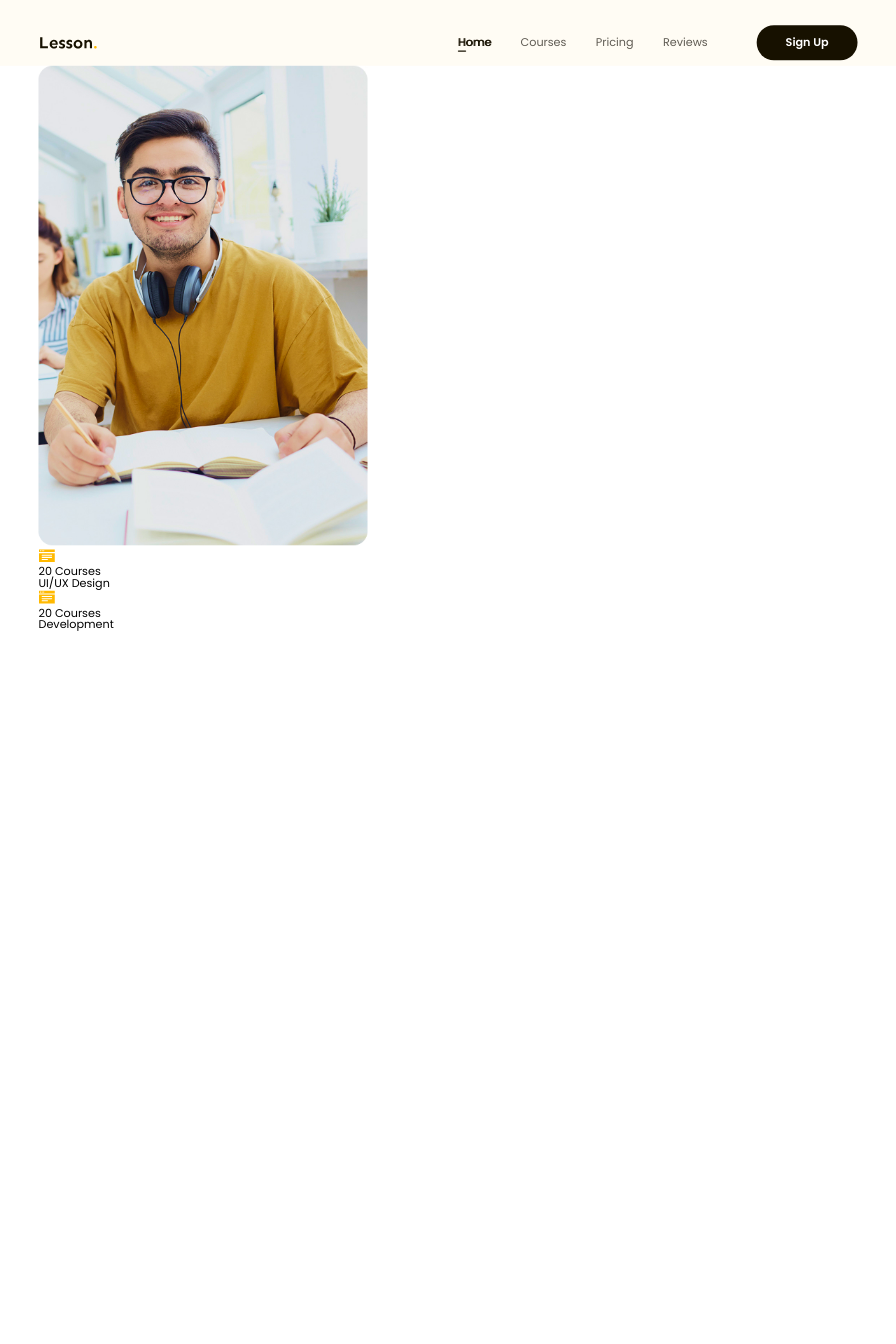
Repository: vancong171001/f8-html-css-02
Page: index.html
These files come from the project's save history. The page is drawn as it stood at one moment and after the next save; the edit follows.
The browser window is 1280 px wide. The pictures show the part of the page from y = 0 to 1920 px (the page is 5000 px tall), at 70% of full size.

Above is the page before, as saved 2025-03-06 13:00:35.

After the next save:
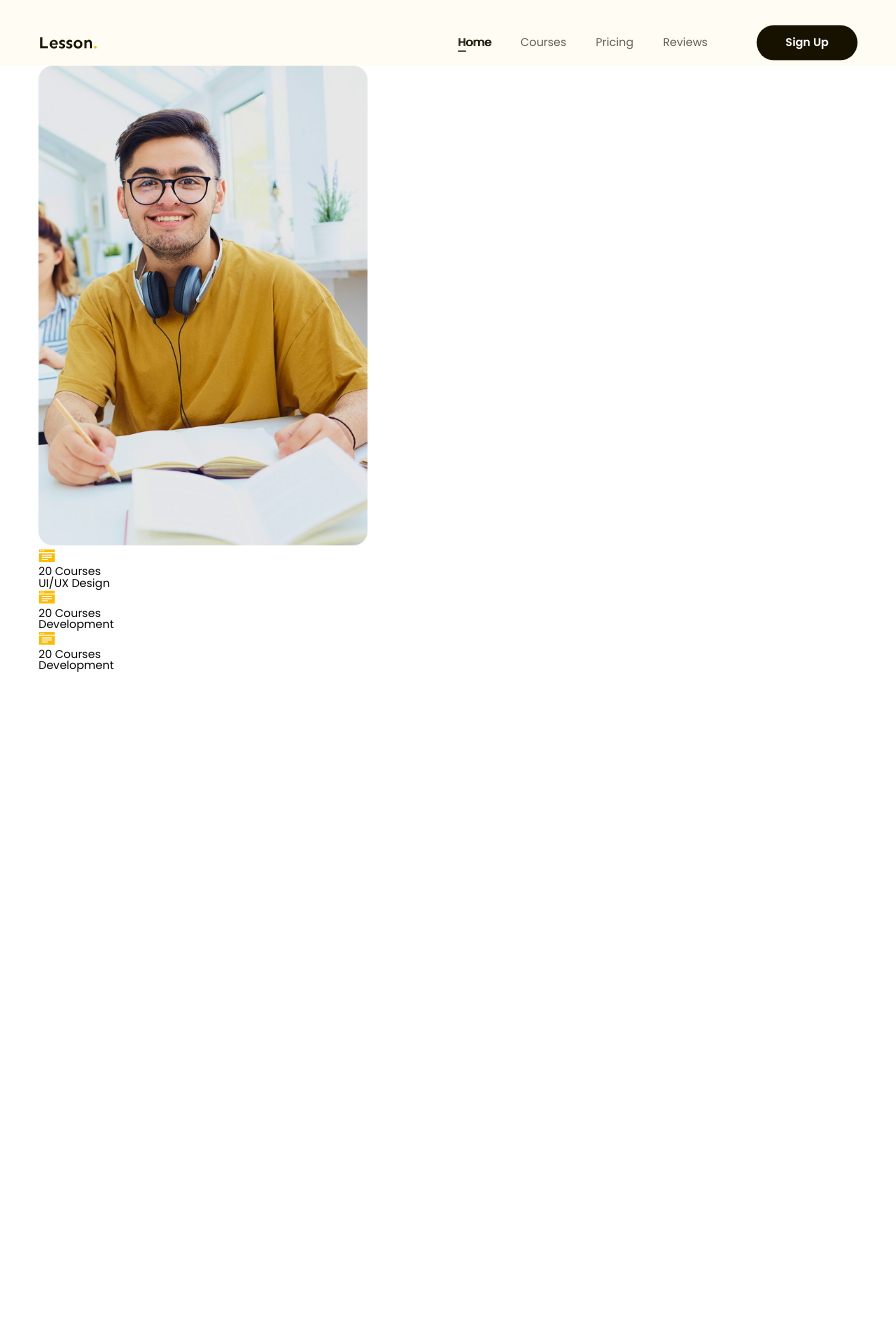
Saved 5 s later.
--- a/index.html
+++ b/index.html
@@ -84,6 +84,15 @@
                     <p class="title">Development</p>
                   </div>
                 </div>
+                <div class="item">
+                  <div class="icon">
+                    <img src="./assets/icon/list.svg" alt="" />
+                  </div>
+                  <div class="info">
+                    <p class="lable">20 Courses</p>
+                    <p class="title">Development</p>
+                  </div>
+                </div>
               </div>
             </div>
 
